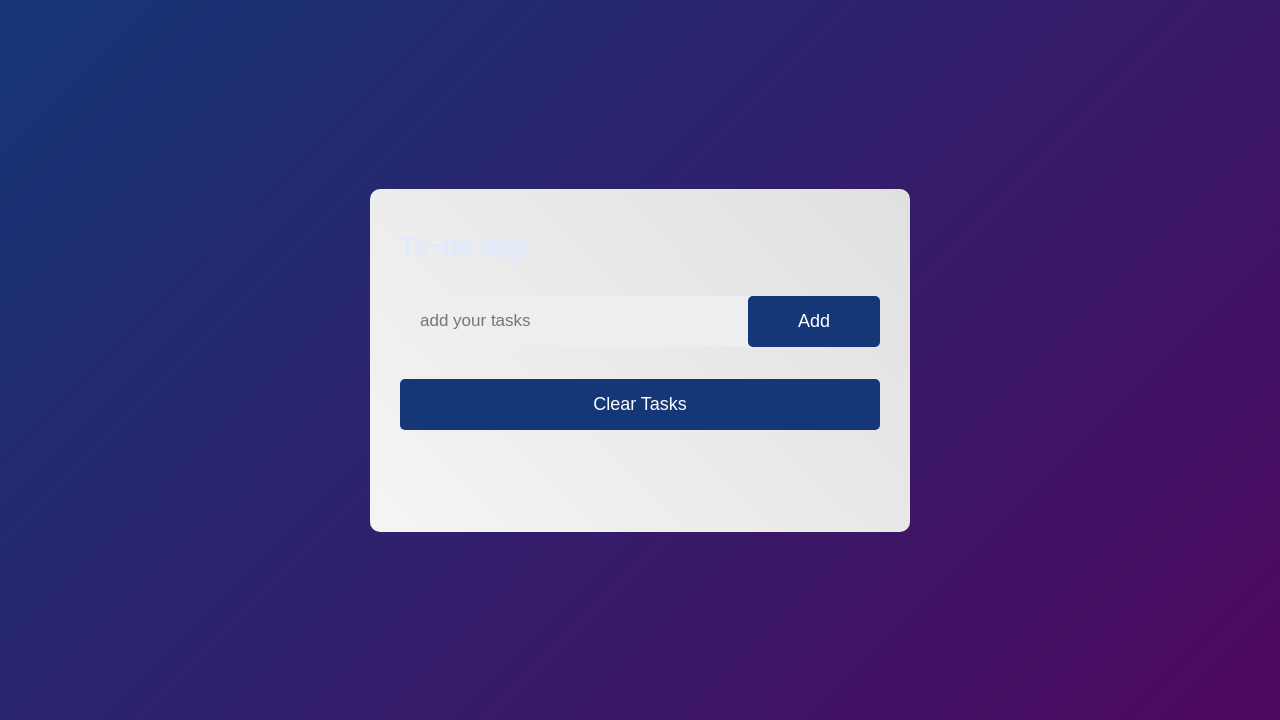
Repository: samoshi/To-do
Page: http://localhost/
The author's editor kept a copy of each file at every save. The page is drawn from the files as they stood at one save, then again after the next save.
The browser window is 1280 px wide. The pictures show the whole page.
The page is served by the project's application, run on Flask 3 (app/app.py). Queries for data that is not in the repository find no rows.

Above is the page before, as saved 2024-01-14 21:41:02.

### app/templates/index.html
<!DOCTYPE html>
<html lang="en">

<head>
    <meta charset="UTF-8">
    <meta name="viewport" content="width=device-width, initial-scale=1.0">
    <title>To-Do list</title>
    <link rel="stylesheet" href="{{ url_for('static', filename='style.css') }}" />
    <script src="https://code.jquery.com/jquery-3.6.4.min.js"></script>
    <script src="{{ url_for('static', filename='script.js') }}"></script>
</head>

<body>
    <div class="container">
        <div class="todo-app">
            <div class="app-title">
                <h2>To-do app</h2>
                <i class="fa-solid fa-book-bookmark"></i>
            </div>
            <form action="/add_task" method="post">
                <div class="row">
                    <input type="text" name="title" id="input-box" placeholder="add your tasks" required>
                    <button class="add_button">Add</button>
                </div>
            </form>
            <button class="clear_button" onclick="clearTasks()">Clear Tasks</button>
            <ul id="list-container">
                {% for task in task_list %}
                    {% if task.complete == False %}
                            <li class="incomplete" onclick="toggleChecked(this)">
                                <a href="/complete/{{ task.id }}">{{ task.title }}</a>
                            </li>
                    {% else %}
                            <li class="complete" onclick="toggleChecked(this)">
                                <a href="/complete/{{ task.id }}">{{ task.title }}</a>
                            </li>
                        <!-- <a class="remove-task" href="/remove/{{ task.id }}">X</a> -->
                    {% endif %}
                {% endfor %}
            </ul>

        </div>
    </div>
    <script src="{{ url_for('static', filename='script.js') }}"></script>
</body>

</html>

### app/app.py
from flask import Flask, render_template, request, redirect, url_for, jsonify
from flask_sqlalchemy import SQLAlchemy

app = Flask(__name__)

app.config['SQLALCHEMY_DATABASE_URI'] = 'sqlite:///db.sqlite'
app.config['SQLALCHEMY_TRACK_MODIFICATIONS'] = False
db = SQLAlchemy(app)

class Task(db.Model):
    id = db.Column(db.Integer, primary_key=True)
    title = db.Column(db.String(100))
    complete = db.Column(db.Boolean)

# def save_tasks():
#     with open("tasks.json", "w") as file:
#         json.dump(tasks, file)


# # Load tasks from a file
# def load_tasks():
#     try:
#         with open("tasks.json", "r") as file:
#             lines = file.readlines()
#             tasks = []
#             for line in lines:
#                 parts = line.split(":")
#                 if len(parts) == 2:
#                     description, completed_str = parts
#                     completed = eval(completed_str)
#                     tasks.append({"description": description, "completed": completed})
#             return tasks
#     except FileNotFoundError:
#         return []  # Return an empty list if the file doesn't exist
#     except json.decoder.JSONDecodeError:
#         return []  # Return an empty list if there's an issue decoding JSON

# # Initialize tasks
# tasks = load_tasks()

@app.route('/')
def index():
    task_list = Task.query.all()
    return render_template('index.html', task_list=task_list)

@app.route('/add_task', methods=['POST'])
def add_task():
    title = request.form.get("title")
    new_task = Task(title=title, complete=False)
    db.session.add(new_task)
    db.session.commit()
    return redirect(url_for("index"))

@app.route("/update/<int:task_id>")
def update_task(task_id):
    task = Task.query.filter_by(id=task_id).first()
    task.complete = not task.complete
    db.session.commit()
    return redirect(url_for("index"))

@app.route('/complete/<int:task_id>')
def complete_task(task_id):
    task = Task.query.filter_by(id=task_id).first()
    if task:
        task.complete = not task.complete
        db.session.commit()
    return redirect(url_for('index'))

@app.route('/remove/<int:task_id>')
def remove_task(task_id):
    print("Remove task ()")
    task = Task.query.filter_by(id=task_id).first()
    print("Getting task", task_id)
    db.session.delete(task)
    print("deleted task")
    db.session.commit()
    return redirect(url_for('index'))

@app.route('/clear_tasks')
def clear_tasks():
    db.session.query(Task).delete()
    db.session.commit()
    return redirect(url_for('index'))


if __name__ == '__main__':
    db.create_all()
    app.run(host='0.0.0.0', port=5000, debug=True)

### app/static/style.css
@import url('https://fonts.googleapis.com/css2?family=Poppins&display=swap');


*, *:before, *:after{
    margin: 0;
    padding: 0;
    box-sizing: border-box;
}
body{
    font-family: 'Poppins', sans-serif;
}
.container{
    width: 100%;
    min-height: 100vh;
    background: linear-gradient(135deg, #153677, #4e085f);
    padding: 10px;
    display: flex;
    justify-content: center;
    align-items: center;
}
.todo-app{
    width: 100%;
    max-width: 540px;
    background: linear-gradient(45deg, #f5f5f5, #e0e0e0);
    padding: 40px 30px 70px;
    border-radius: 10px;
    display: flex;
    flex-direction: column;
    align-items: left;
    gap: 2rem;
}
.app-title{
    display: flex;
    gap: 1rem;
    align-items: center;
}
.app-title h2, .app-title i{
    color: #ddeaff;
}
.app-title i{
    font-size: 26px;
}

.row{
    display: flex;
    align-items: center;
    justify-content: space-between;
    background-color: #edeef0;
    border-radius: 30px;
}
input{
    width: 100%;
    border: none;
    outline: none;
    background-color: transparent;
    padding: 12px;
    font-size: 17px;
    padding-left: 20px;
}
button.clear_button, button.add_button{
    border: none;
    cursor: pointer;
    outline: none;
    padding: 15px 50px;
    border-radius: 5px;
    background-color: #153677;
    color: #ffffff;
    font-size: 18px;
    transition: all .25s ease;
}
button:hover{
    filter: brightness(.8);
    background-color: #2980b9;
}

@media screen and (max-width: 400px) {
    button {
        padding: 15px;
        border-radius: 0 30px 30px 0;
    }
}

a,
a.remove-task {
    text-decoration: none;
    align-items: center;
    color: #333;
    cursor: pointer;
}

li {
    font-size: 17px;
    margin-top: 5px;
    position: relative;
    transition: background-color 0.2s ease;
    border-radius: 10px;
    list-style-type: none;
    outline: 2px solid #7289da;
}

li a {
    display: block;
    font-size: 17px;
    padding: 12px 8px 12px 50px;
    text-decoration: none;
    color: #ffffff;
    transition: color 0.2s ease;
}

li.incomplete {
    background-color: #2c2f33; /* Red background for incomplete */
}

li.complete {
    background-color: #23272a; /* Green background for complete */
}

li a:hover {
    /* Optional: Add styles for hover effect */
    background-color: #27ae60; /* Slightly darker green hover effect */
    color: #fff; /* White text on hover for better contrast */
}

li.incomplete a:hover {
    /* Optional: Add styles for hover effect */
    background-color: #7289da; /* Lighter green hover effect for complete */
    color: #fff; /* Black text on hover for better contrast */
}

li.complete a:hover {
    /* Optional: Add styles for hover effect */
    background-color: #30363d; /* Lighter green hover effect for complete */
    color: #fff; /* Black text on hover for better contrast */
}

ul li::before {
    position: absolute;
    content: '';
    width: 24px;
    height: 24px;
    font-size: 18px;
    border-radius: 50%;
    left: 0;
    top: 50%;
    transform: translateY(-50%);
    line-height: 24px;
    text-align: center;
    transition: background-color 0.2s ease;
    pointer-events: none;
}

ul li.incomplete::before {
    content: 'X';
    color: #ff5945;
}

ul li.complete::before {
    content: '\2713';
    color: #07700e;
}


button.remove {
    position: absolute;
    right: 0;
    transform: translateY(-50%);
    width: 30px;
    height: 30px;
    border-radius: 50%;
    color: #555;
    font-size: 18px;
    transition: all .2s ease;
}
button.remove:hover{
    background-color: #c9c9c9;
    color: #fff;
}

### app/static/script.js
// // ...

// document.addEventListener("DOMContentLoaded", function () {
//     const inputBox = document.getElementById("input-box");
//     const button = document.querySelector("button");
//     const list = document.getElementById("list-container");

//     list.addEventListener("click", (e) => {
//         if (e.target.tagName === "LI") {
//             e.target.classList.toggle("checked");
//             saveData();
//         } else if (e.target.tagName === "SPAN") {
//             e.target.parentElement.remove();
//             saveData();
//         }
//     });

//     button.addEventListener("click", function () {
//         if (inputBox.value.trim() !== '') {
//             addTask(inputBox.value);
//         } else {
//             alert("Please enter a non-empty task.");
//         }
//     });

//     function addTask(description) {
//         // Make an AJAX request to the Flask server's /add_task route
//         fetch("/add_task", {
//             method: "POST",
//             headers: {
//                 "Content-Type": "application/json",
//             },
//             body: JSON.stringify({ description: description }),
//         })
//             .then(response => response.json())
//             .then(data => console.log(data))
//             .catch(error => console.error("Error:", error));
//     }

//     function showTask() {
//         // Fetch tasks from the Flask server's /tasks route
//         fetch("/tasks")
//             .then(response => response.json())
//             .then(tasks => {
//                 list.innerHTML = ""; // Clear the visible list
//                 tasks.forEach(task => {
//                     let li = document.createElement("li");
//                     li.innerHTML = task.description;
//                     if (task.completed) {
//                         li.classList.add("checked");
//                     }
//                     list.appendChild(li);
//                     let span = document.createElement("span");
//                     span.innerHTML = "x";
//                     li.appendChild(span);
//                 });
//             })
//             .catch(error => console.error("Error:", error));
//     }

//     window.addEventListener("load", showTask);

//     // Clear Tasks function
//     window.clearTasks = function () {
//         localStorage.removeItem("data");
//         list.innerHTML = ""; // Clear the tasks from the visible list
//     };
// });

After the next save:
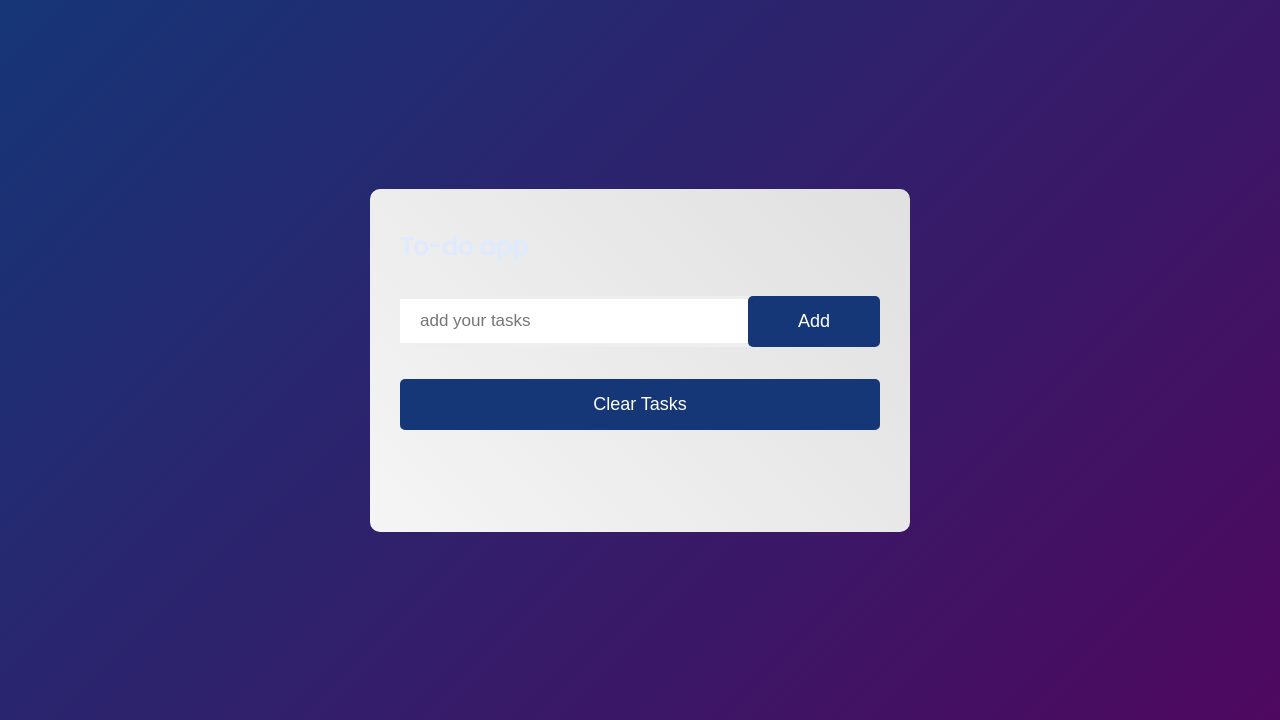
Saved 25 s later.
--- a/app/static/style.css
+++ b/app/static/style.css
@@ -52,7 +52,7 @@ input{
     width: 100%;
     border: none;
     outline: none;
-    background-color: transparent;
+    background-color: 153677;
     padding: 12px;
     font-size: 17px;
     padding-left: 20px;
